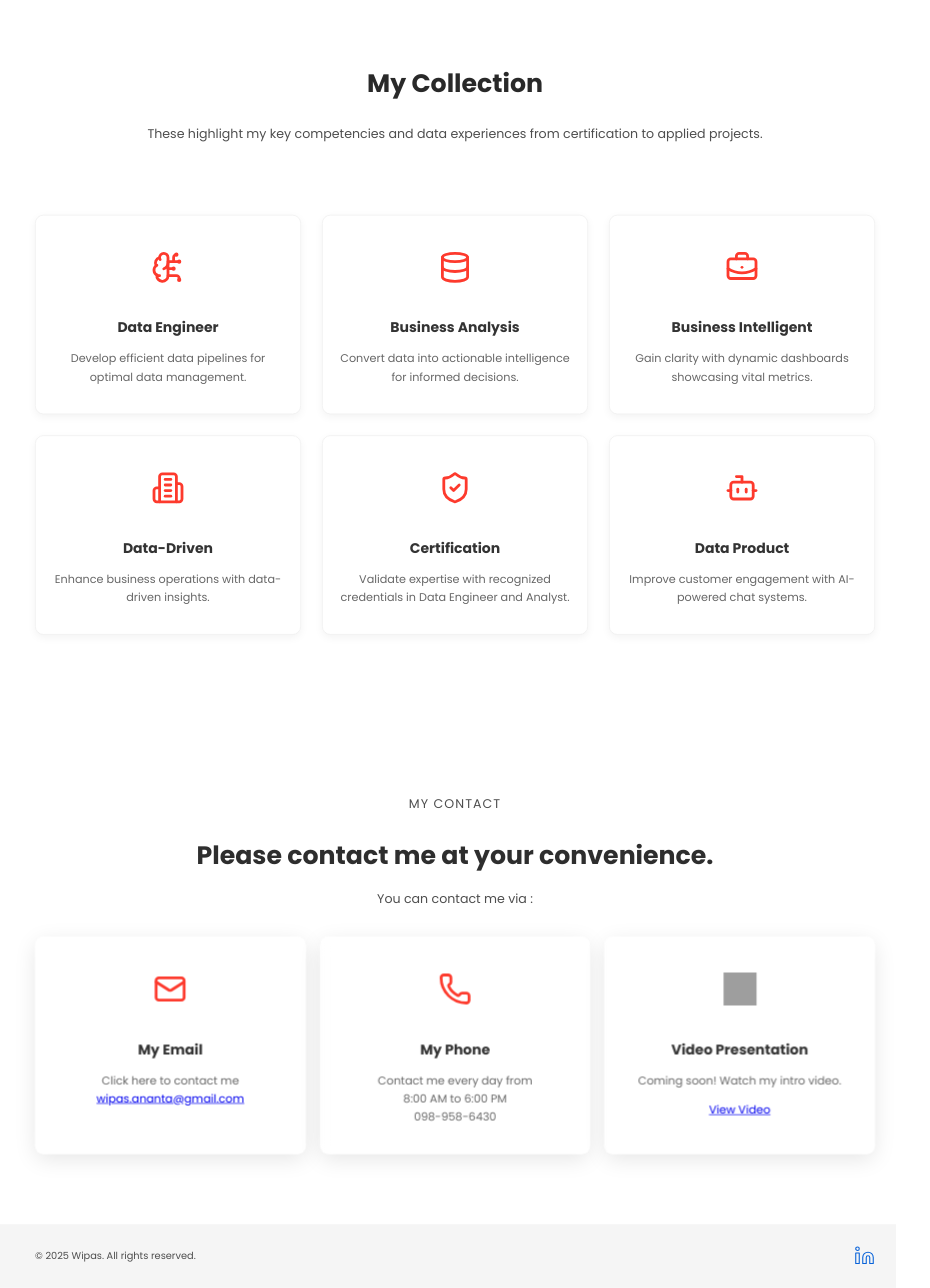
Repository: Wipas1919/Archive-portfolio
Page: index.html
The author's editor kept a copy of each file at every save. The page is drawn from the files as they stood at one save, then again after the next save.
The browser window is 1280 px wide. The page is 1328 px wide, so the pictures cover 1328 px, including what lies to the right of the window. The pictures show the part of the page from y = 1587 to 3427 px (the page is 3427 px tall before and 3417 px after), at 70% of full size.
Pictures or frames that could not be fetched are drawn as grey boxes.

Above is the page before, as saved 2025-05-26 21:25:03.

After the next save:
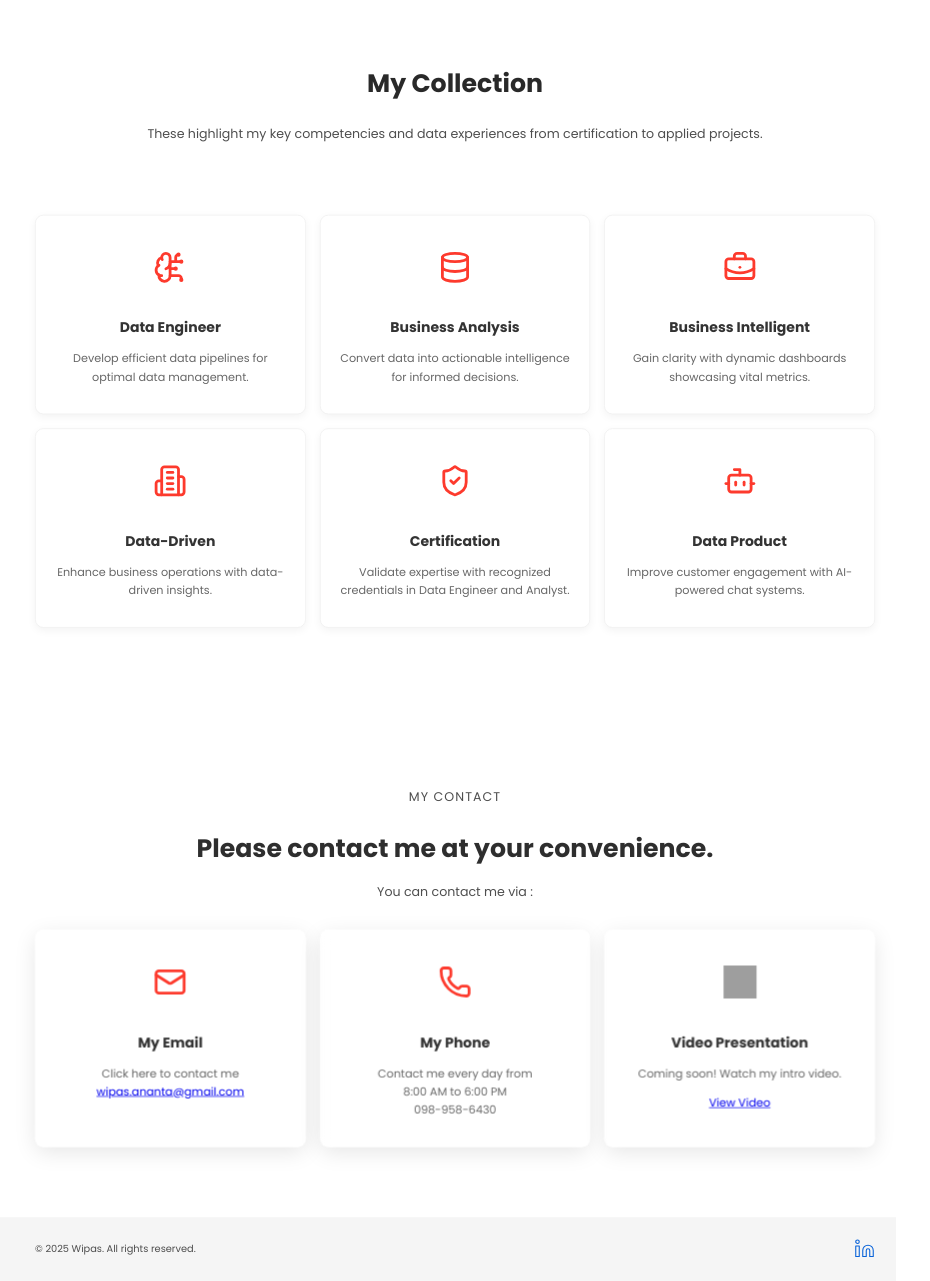
Saved 7 s later.
--- a/style/main.css
+++ b/style/main.css
@@ -283,7 +283,7 @@ section {
 .card-grid {
   display: grid;
   grid-template-columns: repeat(3, 1fr); /* สำคัญ: 3 คอลัมน์ */
-  gap: 30px;
+  gap: 20px;
   margin-top: 100px;
 }
 
